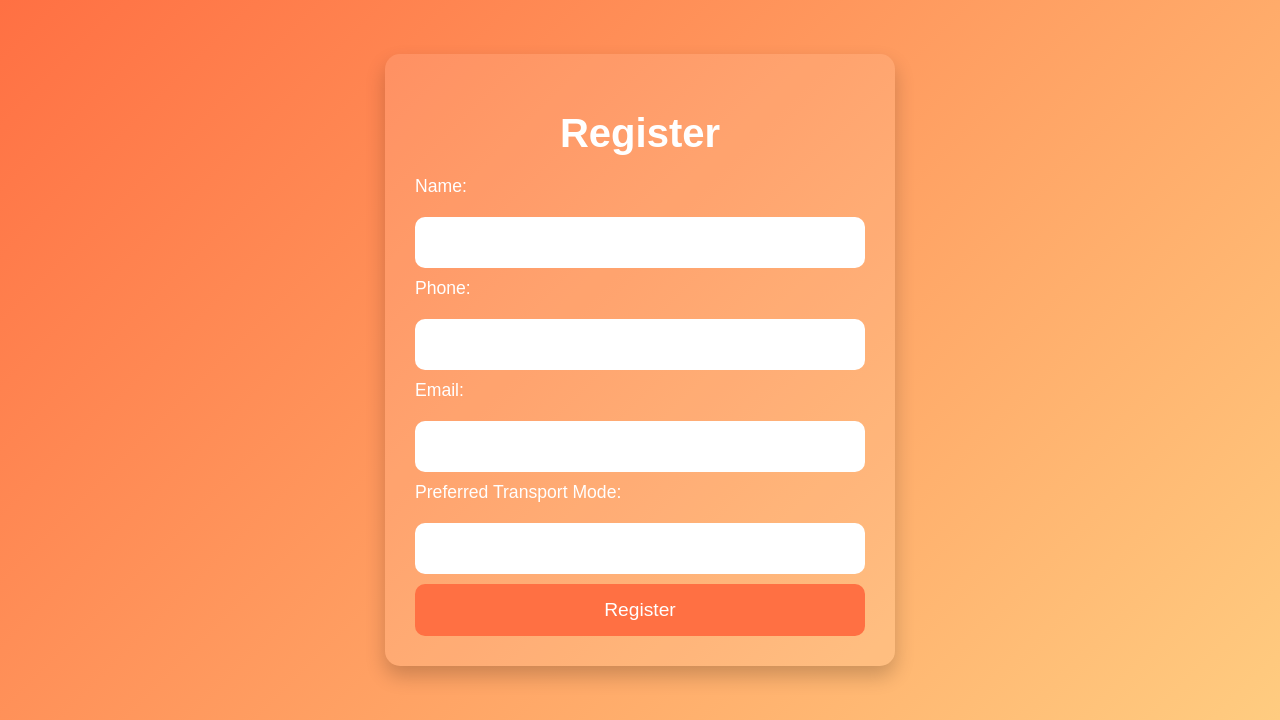
Repository: harutoNaiz/urban-mobility-system
Page: http://localhost/register
An editor plug-in stored every save of this project. The page is shown before and after the next save, followed by the edit.
The browser window is 1280 px wide. The pictures show the whole page.
The page is served by the project's application, run on Flask 3 (app.py).

Above is the page before, as saved 2024-11-13 09:14:38.

### templates/register.html
{% if session.get('user_id') %}
    {% include 'navbar1.html' %}
{% endif %}

<!DOCTYPE html>
<html lang="en">
<head>
    <meta charset="UTF-8">
    <meta name="viewport" content="width=device-width, initial-scale=1.0">
    <title>Register</title>
    <style>
        body {
            font-family: 'Arial', sans-serif;
            background: linear-gradient(135deg, #FF7043, #FFCC80);
            margin: 0;
            padding: 0;
            height: 100vh;
            display: flex;
            justify-content: center;
            align-items: center;
            color: #fff;
        }

        .container {
            background: rgba(255, 255, 255, 0.1);
            padding: 30px;
            border-radius: 15px;
            box-shadow: 0 10px 20px rgba(0, 0, 0, 0.2);
            width: 100%;
            max-width: 450px;
            text-align: center;
        }

        h1 {
            font-size: 2.5rem;
            margin-bottom: 20px;
            color: #fff;
        }

        label {
            font-size: 1.1rem;
            display: block;
            margin-bottom: 10px;
            text-align: left;
            color: #fff;
        }

        input[type="text"],
        input[type="email"],
        textarea {
            width: 100%;
            padding: 15px;
            margin: 10px 0;
            font-size: 1.1rem;
            border: none;
            border-radius: 10px;
            background-color: #fff;
            color: #333;
            box-sizing: border-box;
        }

        textarea {
            height: 100px;
        }

        button {
            width: 100%;
            padding: 15px;
            background-color: #FF7043;
            color: #fff;
            font-size: 1.2rem;
            border: none;
            border-radius: 10px;
            cursor: pointer;
            transition: background-color 0.3s ease;
        }

        button:hover {
            background-color: #F4511E;
        }

        p {
            margin-top: 20px;
            color: #fff;
        }

        a {
            color: #FFCC80;
            text-decoration: none;
            font-weight: bold;
        }

        a:hover {
            color: #fff;
        }
    </style>
</head>
<body>
    <div class="container">
        <h1>Register</h1>
        <form method="POST">
            <label for="name">Name:</label>
            <input type="text" id="name" name="name" required><br>

            <label for="phone">Phone:</label>
            <input type="text" id="phone" name="phone" required><br>

            <label for="email">Email:</label>
            <input type="email" id="email" name="email" required><br>

            <label for="preferred_transport">Preferred Transport Mode:</label>
            <input type="text" id="preferred_transport" name="preferred_transport" required><br>

            <button type="submit">Register</button>
        </form>
    </div>
</body>
</html>

### app.py
from flask import Flask, render_template, request, redirect, url_for, jsonify, session
import pymysql
import json

# Import database config
# config.py
DB_CONFIG = {
    'host': 'localhost',
    'user': 'root',
    'password': '',
    'db': 'urban_mobility1',
    'charset': 'utf8mb4',
    'cursorclass': pymysql.cursors.DictCursor
}

app = Flask(__name__)
app.secret_key = 'your_secret_key'  # Set a secret key for the session

# Connect to the MySQL database
def get_db_connection():
    return pymysql.connect(**DB_CONFIG)

@app.route('/')
def index():
    return redirect(url_for('sign_in'))

# Sign-in page for existing users
@app.route('/sign_in', methods=['GET', 'POST'])
def sign_in():
    if request.method == 'POST':
        email = request.form['email']
        connection = get_db_connection()
        with connection.cursor() as cursor:
            cursor.execute("SELECT * FROM Users WHERE JSON_UNQUOTE(JSON_EXTRACT(ContactInfo, '$.Email')) = %s", (email,))
            user = cursor.fetchone()
        connection.close()

        if user:
            # Store the user ID in the session
            session['user_id'] = user['UserID']
            # Redirect to route selection page
            return redirect(url_for('select_route'))
        else:
            return "User not found", 404

    return render_template('sign_in.html')

# Register a new user
@app.route('/register', methods=['GET', 'POST'])
def register_user():
    if request.method == 'POST':
        name = request.form['name']
        phone = request.form['phone']
        email = request.form['email']
        preferred_transport = request.form['preferred_transport']
        commuting_pattern = request.form['commuting_pattern']

        # Create ContactInfo JSON
        contact_info = json.dumps({
            'Phone': phone,
            'Email': email
        })

        connection = get_db_connection()
        with connection.cursor() as cursor:
            sql = "INSERT INTO Users (Name, ContactInfo, PreferredTransportMode, CommutingPattern) VALUES (%s, %s, %s, %s)"
            cursor.execute(sql, (name, contact_info, preferred_transport, commuting_pattern))
            new_user_id = cursor.lastrowid
            connection.commit()
        connection.close()

        # Store the new user ID in the session
        session['user_id'] = new_user_id

        # Redirect to the route selection page
        return redirect(url_for('select_route'))

    return render_template('register.html')

# Route selection with congestion suggestion
@app.route('/select_route', methods=['GET', 'POST'])
def select_route():
    # Get the user ID from the session
    user_id = session.get('user_id')

    if request.method == 'POST':
        route_id = request.form['route_id']

        # Check congestion level for the selected route
        connection = get_db_connection()
        with connection.cursor() as cursor:
            cursor.execute("SELECT CheckTrafficWarning(%s) AS traffic_warning", (route_id,))
            traffic_warning = cursor.fetchone()['traffic_warning']
        connection.close()

        if traffic_warning:
            return render_template('congestion_warning.html', traffic_warning=traffic_warning, route_id=route_id, user_id=user_id)
        else:
            return redirect(url_for('suggest_routes', route_id=route_id, user_id=user_id))

    # Fetch available routes for user
    connection = get_db_connection()
    with connection.cursor() as cursor:
        cursor.execute("SELECT * FROM Routes")
        routes = cursor.fetchall()
    connection.close()

    return render_template('select_route.html', routes=routes, user_id=user_id)

# Handle budget input and show options
@app.route('/suggest_routes', methods=['POST'])
def suggest_routes():
    # Get the user ID from the session
    user_id = session.get('user_id')

    if not user_id:
        return jsonify({'message': 'User not authenticated.'}), 401

    budget = float(request.form['budget'])
    route_id = int(request.form['route_id'])

    connection = get_db_connection()
    with connection.cursor() as cursor:
        sql = """
        SELECT Journeys.JourneyID, Journeys.TransportModeID, MIN(JourneyCost) AS Cost
        FROM Journeys
        WHERE StartLocation = (SELECT StartPoint FROM Routes WHERE RouteID = %s)
        AND EndLocation = (SELECT EndPoint FROM Routes WHERE RouteID = %s)
        AND JourneyCost <= %s
        GROUP BY Journeys.JourneyID, Journeys.TransportModeID
        ORDER BY Cost
        """

        cursor.execute(sql, (route_id, route_id, budget))  # Ensure using %s placeholders here
        suggested_routes = cursor.fetchall()
    connection.close()

    return render_template('payment.html', suggested_routes=suggested_routes, user_id=user_id)


@app.route('/process_booking', methods=['POST'])
def process_booking():
    # Get the user ID from the session
    user_id = session.get('user_id')

    if not user_id:
        return jsonify({'message': 'User not authenticated.'}), 401

    transport_mode_id = int(request.form['transport_mode_id'])
    journey_cost = float(request.form['cost'])
    payment_method = request.form['payment_method']

    connection = get_db_connection()
    with connection.cursor() as cursor:
        # Check capacity
        cursor.execute("SELECT Capacity, CurrentOccupancy FROM TransportModes WHERE TransportModeID = %s", (transport_mode_id,))
        transport_mode = cursor.fetchone()

        if transport_mode['CurrentOccupancy'] < transport_mode['Capacity']:
            # Proceed with booking
            cursor.execute("""
            INSERT INTO Journeys (StartLocation, EndLocation, StartTime, JourneyCost, TransportModeID)
            VALUES ('Unknown Start', 'Unknown End', NOW(), %s, %s)
            """, (journey_cost, transport_mode_id))
            connection.commit()

            # Update occupancy
            cursor.execute("UPDATE TransportModes SET CurrentOccupancy = CurrentOccupancy + 1 WHERE TransportModeID = %s", (transport_mode_id,))
            connection.commit()

            # Record payment
            cursor.execute("""
            INSERT INTO Payments (UserID, ProviderID, Amount, PaymentDate, PaymentMethod, DiscountApplied)
            VALUES (%s, (SELECT ProviderID FROM TransportModes WHERE TransportModeID = %s), %s, NOW(), %s, 0)
            """, (user_id, transport_mode_id, journey_cost, payment_method))
            connection.commit()
        else:
            return jsonify({'message': 'Capacity exceeded. Booking failed.'}), 400

    connection.close()
    return jsonify({'message': 'Booking and payment successful!'}), 200

@app.route('/logout')
def logout():
    session.pop('user_id', None)  # Remove user ID from session
    return redirect(url_for('sign_in'))  # Redirect to sign-in page


if __name__ == '__main__':
    app.run(debug=True)

After the next save:
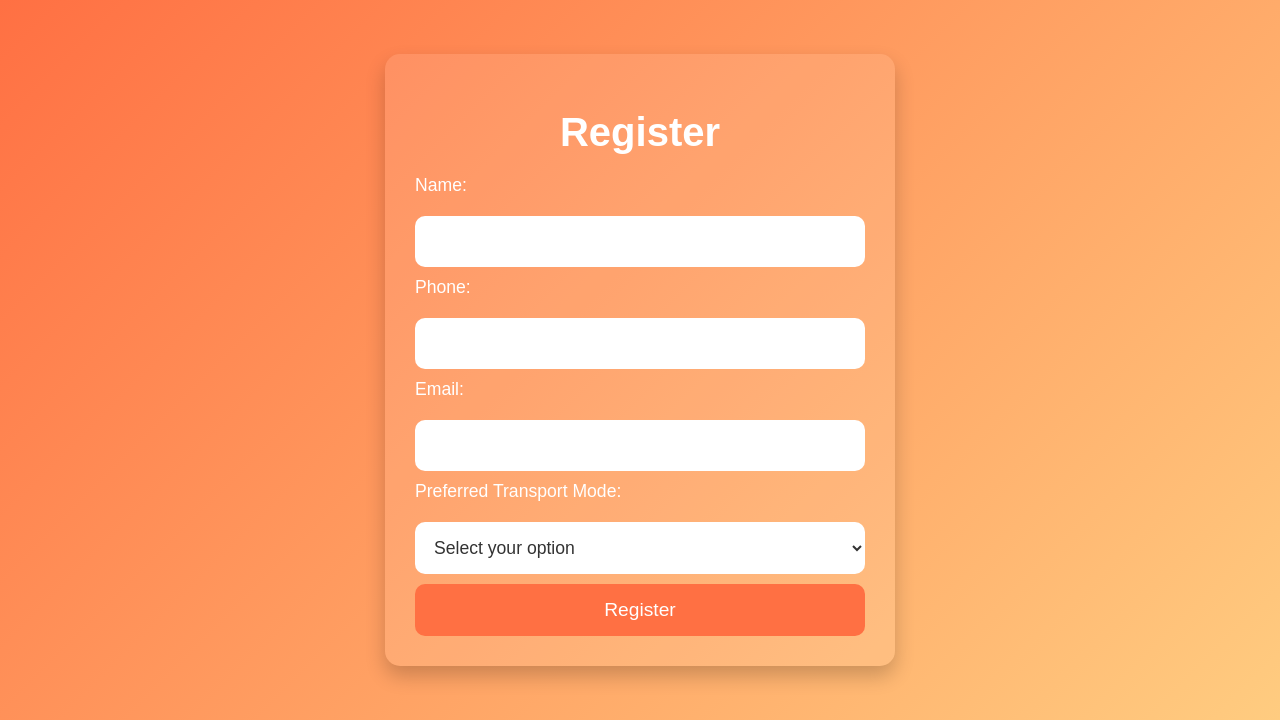
Saved 100 s later.
--- a/templates/register.html
+++ b/templates/register.html
@@ -47,6 +47,7 @@
 
         input[type="text"],
         input[type="email"],
+        select,
         textarea {
             width: 100%;
             padding: 15px;
@@ -109,7 +110,13 @@
             <input type="email" id="email" name="email" required><br>
 
             <label for="preferred_transport">Preferred Transport Mode:</label>
-            <input type="text" id="preferred_transport" name="preferred_transport" required><br>
+            <select id="preferred_transport" name="preferred_transport" required>
+                <option value="" disabled selected>Select your option</option>
+                <option value="Bus">Bus</option>
+                <option value="Metro">Metro</option>
+                <option value="Ride-Share">Ride-Share</option>
+                <option value="Bike-Share">Bike-Share</option>
+            </select><br>
 
             <button type="submit">Register</button>
         </form>
